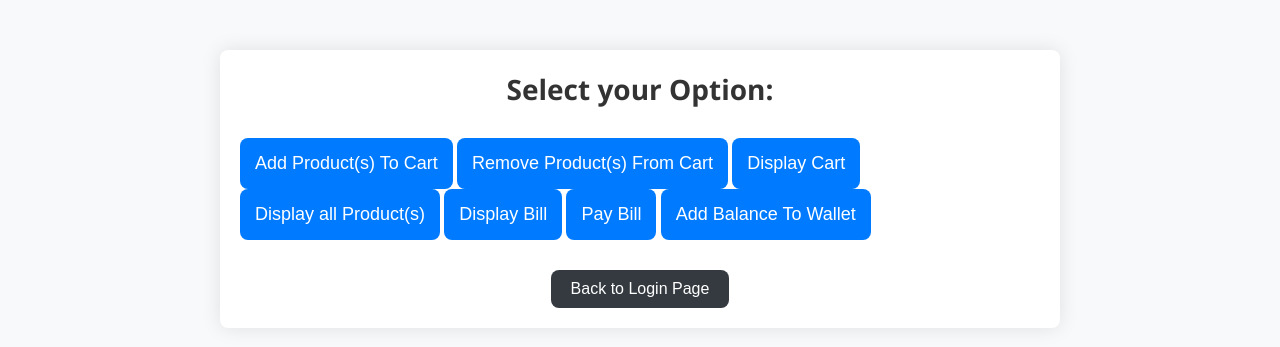
Repository: palakbari/Spring-MVC
Page: http://localhost/ShoppingSystem/customer_menu.jsp
These files come from the project's save history. The page is drawn as it stood at one moment and after the next save; the edit follows.
The browser window is 1280 px wide. The pictures show the whole page.
The page is served by Tomcat 9.

Above is the page before, as saved 2024-06-06 11:35:10.

After the next save:
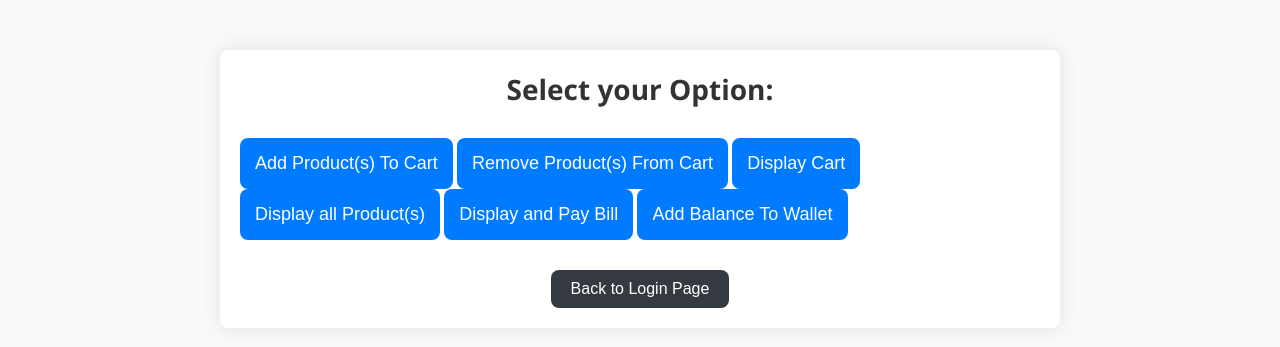
Saved 113 s later.
--- a/ShoppingSystem/src/main/webapp/customer_menu.jsp
+++ b/ShoppingSystem/src/main/webapp/customer_menu.jsp
@@ -80,8 +80,7 @@
                 <button onclick="form.action='removeProductsFromCart'" class="button">Remove Product(s) From Cart</button>
                 <button onclick="form.action='displayProductsFromCart'" class="button">Display Cart</button>
                 <button onclick="form.action='displayProductsToCustomer'" class="button">Display all Product(s)</button>
-                <button onclick="form.action='displayBill'" class="button">Display Bill</button>
-                <button onclick="form.action='payBill'" class="button">Pay Bill</button>
+                <button onclick="form.action='displayandpayBill'" class="button">Display and Pay Bill</button>
                 <button onclick="form.action='addBalance'" class="button">Add Balance To Wallet</button>
             </form>
         </div>
